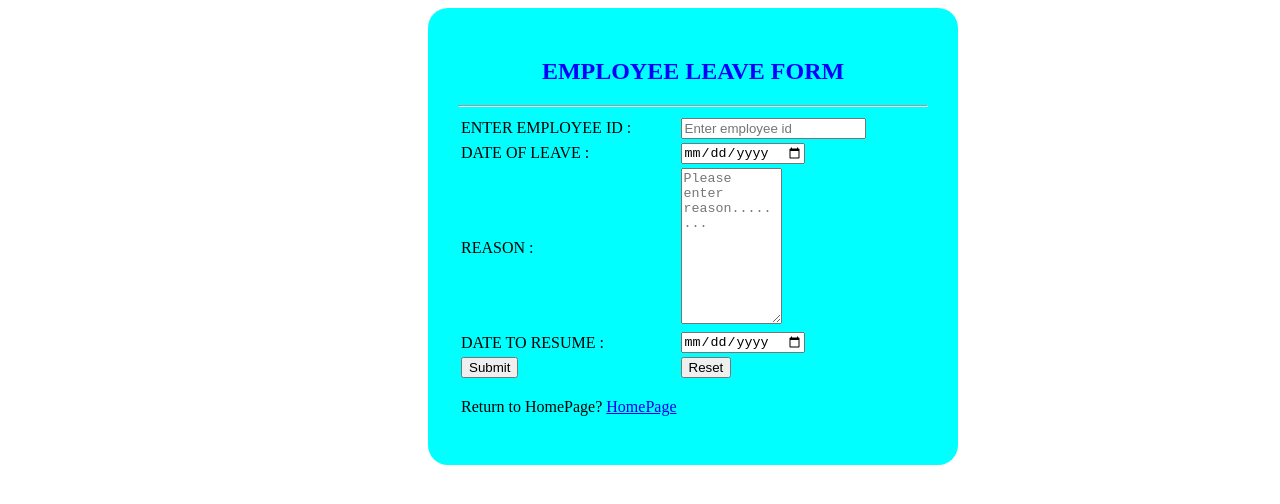
Repository: Catalyst-OTU/Java_Works
Page: jspSession2/WebContent/applyleave.html
An editor plug-in stored every save of this project. The page is shown before and after the next save, followed by the edit.
The browser window is 1280 px wide. The pictures show the whole page.

Above is the page before, as saved 2021-01-28 21:30:30.

After the next save:
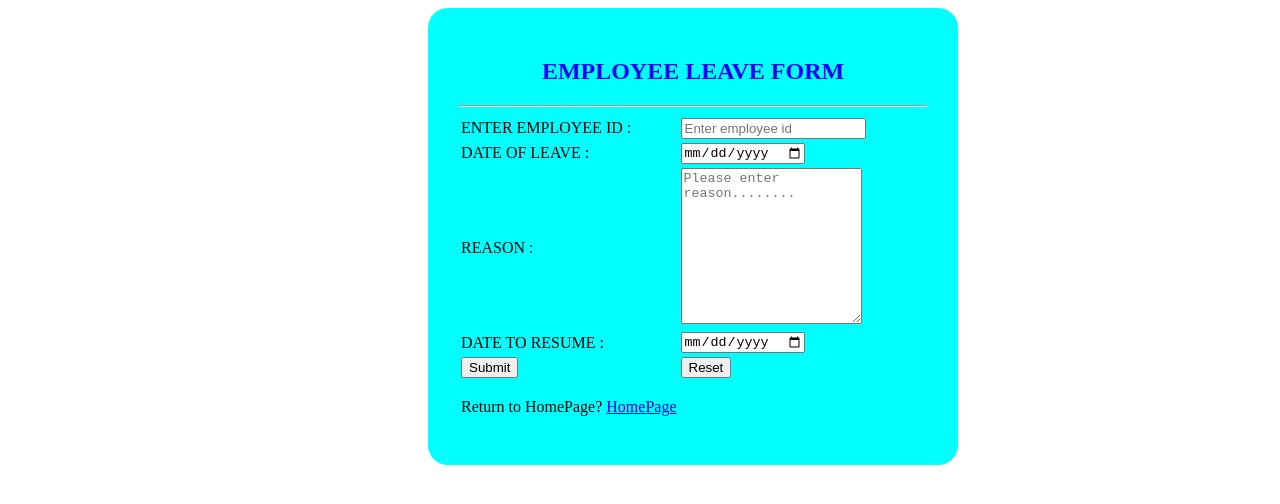
Saved 22 s later.
--- a/jspSession2/WebContent/applyleave.html
+++ b/jspSession2/WebContent/applyleave.html
@@ -45,7 +45,7 @@
 
 			<tr>
 				<td>REASON :</td>
-				<td><textarea type="text" name="reason" cols="10" rows="10" placeholder="Please enter reason........"></textarea></td>
+				<td><textarea type="text" name="reason" cols="20" rows="10" placeholder="Please enter reason........"></textarea></td>
 			</tr>
 
 			<tr>
